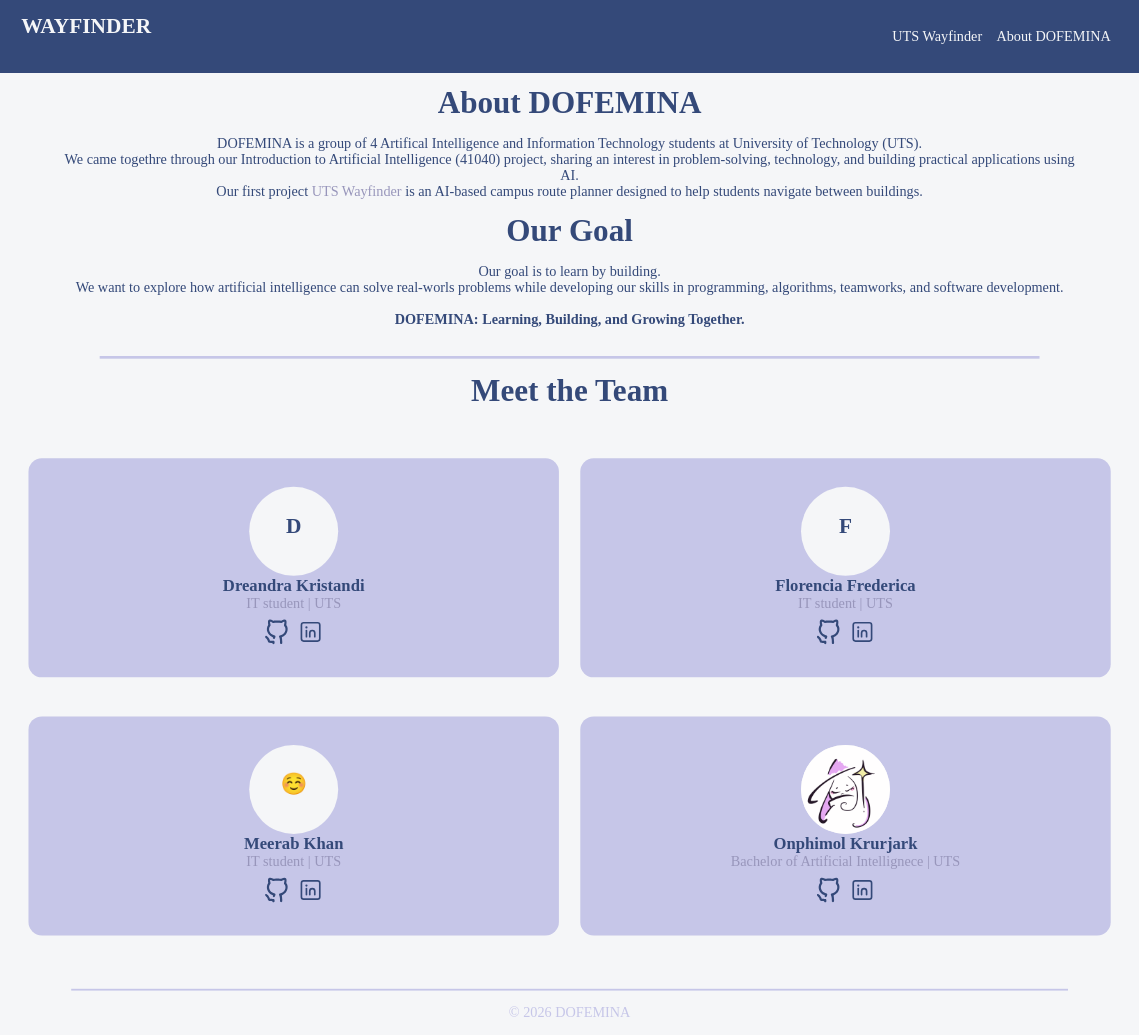
Repository: Meerab-K/uts-wayfinder
Page: html/about.html
The author's editor kept a copy of each file at every save. The page is drawn from the files as they stood at one save, then again after the next save.
The browser window is 1280 px wide. The pictures show the whole page, at 89% of full size.
Some web fonts or font styles are not loaded; a fallback is used.

Above is the page before, as saved 2026-10-19 22:15:37.

After the next save:
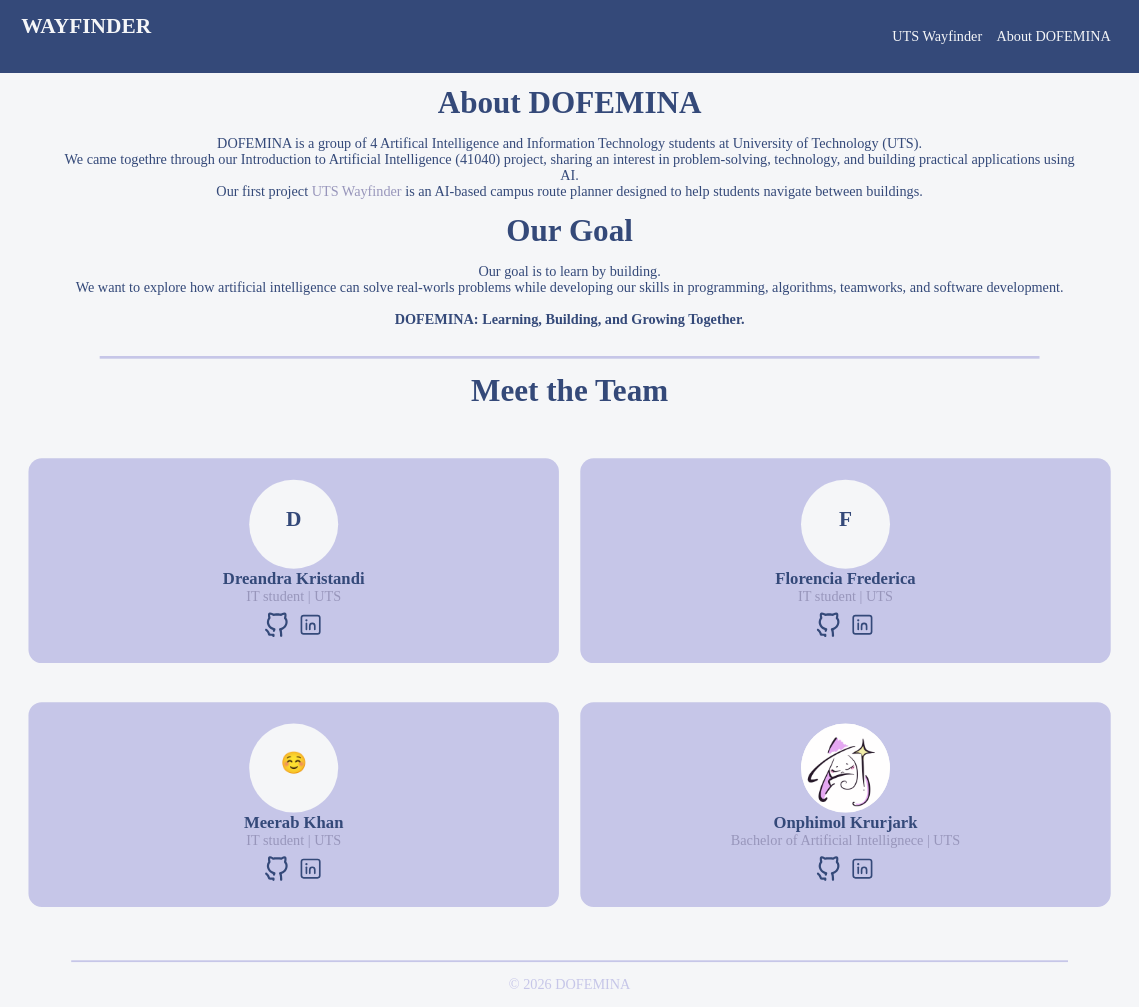
Saved 84 s later.
--- a/css/about.css
+++ b/css/about.css
@@ -35,7 +35,7 @@
 .card-holder {
     background-color: var(--highlight-purple);
     border-radius: 15px;
-    padding: 2rem;
+    padding: 24px;
     width: 100%;
     box-sizing: border-box;
 
